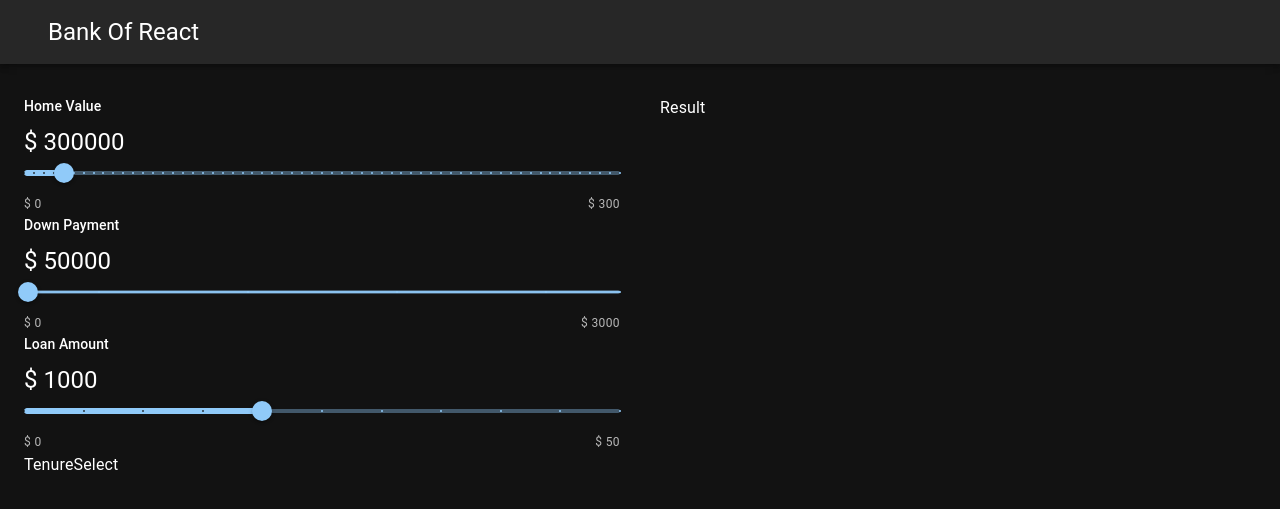
Repository: MikeeBuilds/mortgage-calculator
Page: /
An editor plug-in stored every save of this project. The page is shown before and after the next save, followed by the edit.
The browser window is 1280 px wide. The pictures show the whole page.
The project was rebuilt for these pictures with package versions that can differ from the ones it lists, and the page was loaded fresh each time.

Above is the page before, as saved 2023-04-03 21:48:49.

After the next save:
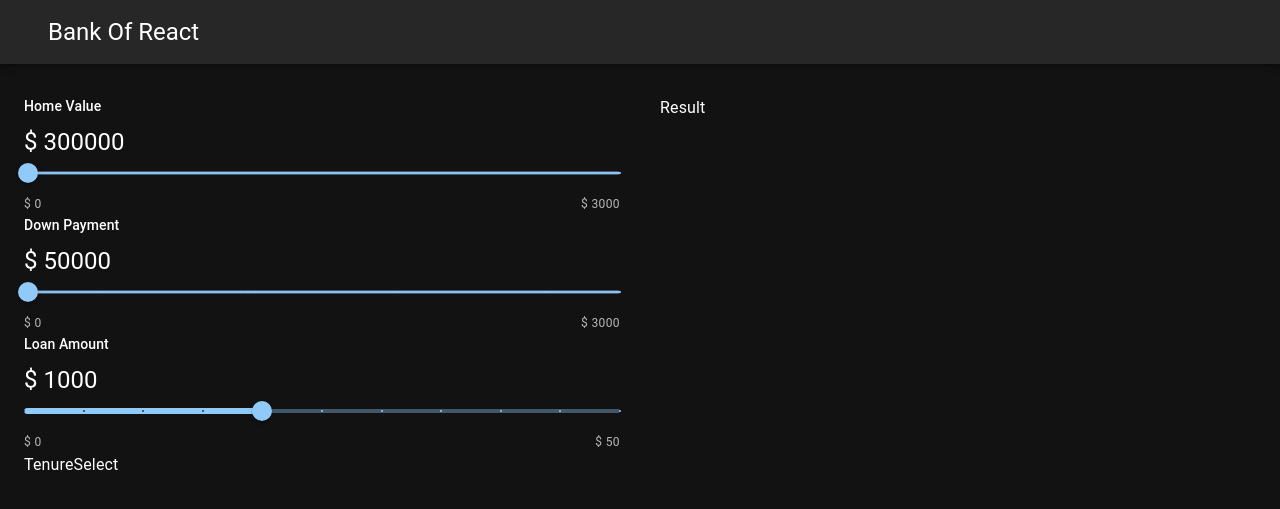
Saved 6 s later.
--- a/src/components/SliderSelect.js
+++ b/src/components/SliderSelect.js
@@ -7,7 +7,7 @@ const SliderSelect = () => {
         <SliderComponent
             label='Home Value'
             min={0}
-            max={300}
+            max={3000}
             defaultValue={20}
             step={5 }
             onChange={(e, value) => console.log(value)}
